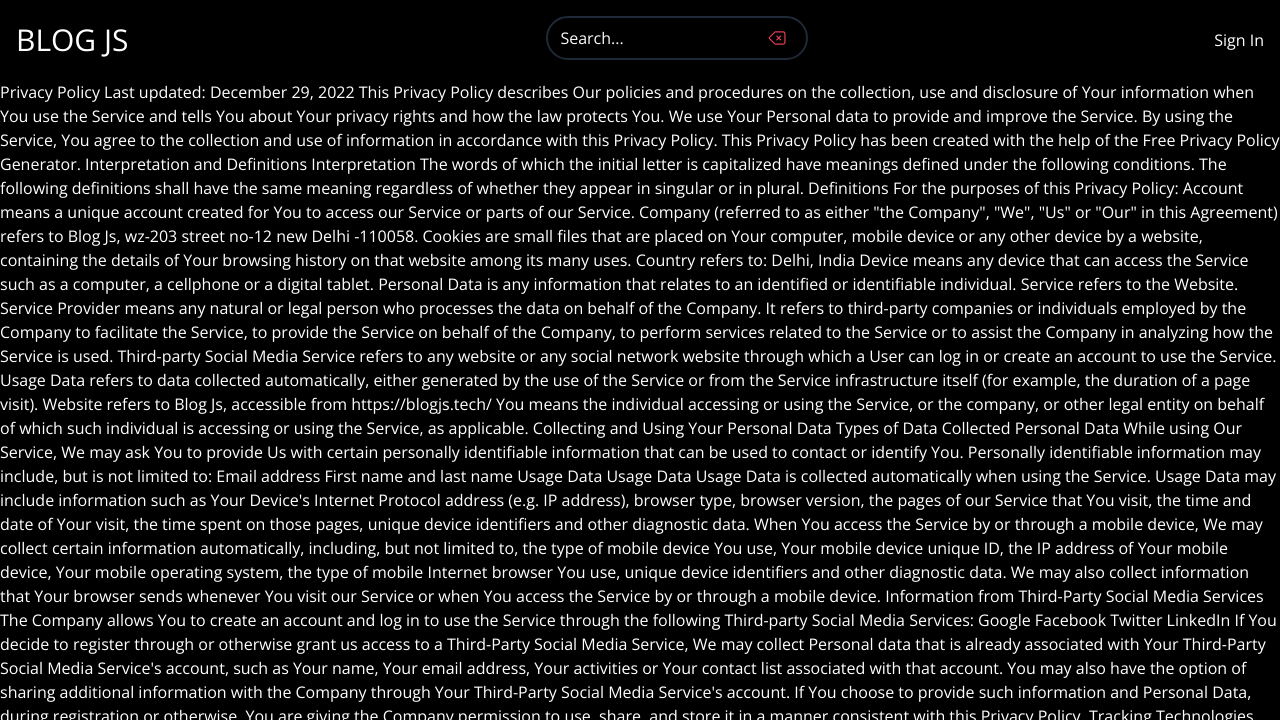
Repository: SehajBindra/Blog-Js
Page: /privacy
These files come from the project's save history. The page is drawn as it stood at one moment and after the next save; the edit follows.
The browser window is 1280 px wide. The pictures show the whole page.
The page's requests for data from a server got no answer. An inner scrolling area shows only its first screen. The project was rebuilt for these pictures with package versions that can differ from the ones it lists, and the page was loaded fresh each time. The framework's server and built-in components were replaced by stand-ins that run in the browser. No one was signed in, and anything a server would have sent is missing. Also part of the build but not shown: next.config.js, components/SearchResults.js. Imported but missing from the stored project, and not drawn on this page: src/createEmotionCache, src/theme.

Above is the page before, as saved 2022-12-30 01:00:03.

### pages/_app.js
import "../styles/globals.css";

import { Analytics } from "@vercel/analytics/react";
import { persistor, store } from "../redux/app/store";
import { Provider } from "react-redux";
import { PersistGate } from "redux-persist/lib/integration/react";
import { RecoilRoot } from "recoil";
import { SessionProvider } from "next-auth/react";
import ProgressBar from "@badrap/bar-of-progress";
import Router from "next/router";

import { AnimatePresence, motion } from "framer-motion";
const progress = new ProgressBar({
  size: 4,
  color: "#E23E57",
  // color: "#E23E57" ,"#4D80E4",
  className: "z-50",
  delay: 100,
});

Router.events.on("routeChangeStart", progress.start);
Router.events.on("routeChangeComplete", progress.finish);
Router.events.on("routeChangeError", progress.finish);

function MyApp({ Component, pageProps: { session, ...pageProps }, router }) {
  return (
    <SessionProvider session={session}>
      <Provider store={store}>
        <PersistGate loading={null} persistor={persistor}>
          <RecoilRoot>
            <AnimatePresence mode="wait">
              <motion.div
                key={router.route}
                initial="initialState"
                animate="animateState"
                exit="exitState"
                transition={{
                  duration: 0.8,
                  delay: 0.4,
                }}
                variants={{
                  initialState: {
                    opacity: 0.8,

                    // clipPath: "polygon(0 0, 100% 0, 100% 100%, 0% 100%)",
                  },
                  animateState: {
                    opacity: 1,

                    // clipPath: "polygon(0 0, 100% 0, 100% 100%, 0% 100%)",
                  },

                  exitState: {
                    // clipPath: "polygon(100% 0, 100% 0, 100% 100%, 100% 100%)",
                  },
                }}
              >
                <Component {...pageProps} />
              </motion.div>
            </AnimatePresence>
          </RecoilRoot>
        </PersistGate>
      </Provider>
      <Analytics />
    </SessionProvider>
  );
}

export default MyApp;

### pages/privacy.js
import React from "react";
import Header from "../components/Header";

function PrivacyPolicy() {
  return (
    <div className="bg-black overflow-y-scroll  max-h-screen text-white">
      <Header />

      <div>
        Privacy Policy Last updated: December 29, 2022 This Privacy Policy
        describes Our policies and procedures on the collection, use and
        disclosure of Your information when You use the Service and tells You
        about Your privacy rights and how the law protects You. We use Your
        Personal data to provide and improve the Service. By using the Service,
        You agree to the collection and use of information in accordance with
        this Privacy Policy. This Privacy Policy has been created with the help
        of the Free Privacy Policy Generator. Interpretation and Definitions
        Interpretation The words of which the initial letter is capitalized have
        meanings defined under the following conditions. The following
        definitions shall have the same meaning regardless of whether they
        appear in singular or in plural. Definitions For the purposes of this
        Privacy Policy: Account means a unique account created for You to access
        our Service or parts of our Service. Company (referred to as either "the
        Company", "We", "Us" or "Our" in this Agreement) refers to Blog Js,
        wz-203 street no-12 new Delhi -110058. Cookies are small files that are
        placed on Your computer, mobile device or any other device by a website,
        containing the details of Your browsing history on that website among
        its many uses. Country refers to: Delhi, India Device means any device
        that can access the Service such as a computer, a cellphone or a digital
        tablet. Personal Data is any information that relates to an identified
        or identifiable individual. Service refers to the Website. Service
        Provider means any natural or legal person who processes the data on
        behalf of the Company. It refers to third-party companies or individuals
        employed by the Company to facilitate the Service, to provide the
        Service on behalf of the Company, to perform services related to the
        Service or to assist the Company in analyzing how the Service is used.
        Third-party Social Media Service refers to any website or any social
        network website through which a User can log in or create an account to
        use the Service. Usage Data refers to data collected automatically,
        either generated by the use of the Service or from the Service
        infrastructure itself (for example, the duration of a page visit).
        Website refers to Blog Js, accessible from https://blogjs.tech/ You
        means the individual accessing or using the Service, or the company, or
        other legal entity on behalf of which such individual is accessing or
        using the Service, as applicable. Collecting and Using Your Personal
        Data Types of Data Collected Personal Data While using Our Service, We
        may ask You to provide Us with certain personally identifiable
        information that can be used to contact or identify You. Personally
        identifiable information may include, but is not limited to: Email
        address First name and last name Usage Data Usage Data Usage Data is
        collected automatically when using the Service. Usage Data may include
        information such as Your Device's Internet Protocol address (e.g. IP
        address), browser type, browser version, the pages of our Service that
        You visit, the time and date of Your visit, the time spent on those
        pages, unique device identifiers and other diagnostic data. When You
        access the Service by or through a mobile device, We may collect certain
        information automatically, including, but not limited to, the type of
        mobile device You use, Your mobile device unique ID, the IP address of
        Your mobile device, Your mobile operating system, the type of mobile
        Internet browser You use, unique device identifiers and other diagnostic
        data. We may also collect information that Your browser sends whenever
        You visit our Service or when You access the Service by or through a
        mobile device. Information from Third-Party Social Media Services The
        Company allows You to create an account and log in to use the Service
        through the following Third-party Social Media Services: Google Facebook
        Twitter LinkedIn If You decide to register through or otherwise grant us
        access to a Third-Party Social Media Service, We may collect Personal
        data that is already associated with Your Third-Party Social Media
        Service's account, such as Your name, Your email address, Your
        activities or Your contact list associated with that account. You may
        also have the option of sharing additional information with the Company
        through Your Third-Party Social Media Service's account. If You choose
        to provide such information and Personal Data, during registration or
        otherwise, You are giving the Company permission to use, share, and
        store it in a manner consistent with this Privacy Policy. Tracking
        Technologies and Cookies We use Cookies and similar tracking
        technologies to track the activity on Our Service and store certain
        information. Tracking technologies used are beacons, tags, and scripts
        to collect and track information and to improve and analyze Our Service.
        The technologies We use may include: Cookies or Browser Cookies. A
        cookie is a small file placed on Your Device. You can instruct Your
        browser to refuse all Cookies or to indicate when a Cookie is being
        sent. However, if You do not accept Cookies, You may not be able to use
        some parts of our Service. Unless you have adjusted Your browser setting
        so that it will refuse Cookies, our Service may use Cookies. Web
        Beacons. Certain sections of our Service and our emails may contain
        small electronic files known as web beacons (also referred to as clear
        gifs, pixel tags, and single-pixel gifs) that permit the Company, for
        example, to count users who have visited those pages or opened an email
        and for other related website statistics (for example, recording the
        popularity of a certain section and verifying system and server
        integrity). Cookies can be "Persistent" or "Session" Cookies. Persistent
        Cookies remain on Your personal computer or mobile device when You go
        offline, while Session Cookies are deleted as soon as You close Your web
        browser. Learn more about cookies on the Free Privacy Policy website
        article. We use both Session and Persistent Cookies for the purposes set
        out below: Necessary / Essential Cookies Type: Session Cookies
        Administered by: Us Purpose: These Cookies are essential to provide You
        with services available through the Website and to enable You to use
        some of its features. They help to authenticate users and prevent
        fraudulent use of user accounts. Without these Cookies, the services
        that You have asked for cannot be provided, and We only use these
        Cookies to provide You with those services. Cookies Policy / Notice
        Acceptance Cookies Type: Persistent Cookies Administered by: Us Purpose:
        These Cookies identify if users have accepted the use of cookies on the
        Website. Functionality Cookies Type: Persistent Cookies Administered by:
        Us Purpose: These Cookies allow us to remember choices You make when You
        use the Website, such as remembering your login details or language
        preference. The purpose of these Cookies is to provide You with a more
        personal experience and to avoid You having to re-enter your preferences
        every time You use the Website. For more information about the cookies
        we use and your choices regarding cookies, please visit our Cookies
        Policy or the Cookies section of our Privacy Policy. Use of Your
        Personal Data The Company may use Personal Data for the following
        purposes: To provide and maintain our Service, including to monitor the
        usage of our Service. To manage Your Account: to manage Your
        registration as a user of the Service. The Personal Data You provide can
        give You access to different functionalities of the Service that are
        available to You as a registered user. For the performance of a
        contract: the development, compliance and undertaking of the purchase
        contract for the products, items or services You have purchased or of
        any other contract with Us through the Service. To contact You: To
        contact You by email, telephone calls, SMS, or other equivalent forms of
        electronic communication, such as a mobile application's push
        notifications regarding updates or informative communications related to
        the functionalities, products or contracted services, including the
        security updates, when necessary or reasonable for their implementation.
        To provide You with news, special offers and general information about
        other goods, services and events which we offer that are similar to
        those that you have already purchased or enquired about unless You have
        opted not to receive such information. To manage Your requests: To
        attend and manage Your requests to Us. For business transfers: We may
        use Your information to evaluate or conduct a merger, divestiture,
        restructuring, reorganization, dissolution, or other sale or transfer of
        some or all of Our assets, whether as a going concern or as part of
        bankruptcy, liquidation, or similar proceeding, in which Personal Data
        held by Us about our Service users is among the assets transferred. For
        other purposes: We may use Your information for other purposes, such as
        data analysis, identifying usage trends, determining the effectiveness
        of our promotional campaigns and to evaluate and improve our Service,
        products, services, marketing and your experience. We may share Your
        personal information in the following situations: With Service
        Providers: We may share Your personal information with Service Providers
        to monitor and analyze the use of our Service, to contact You. For
        business transfers: We may share or transfer Your personal information
        in connection with, or during negotiations of, any merger, sale of
        Company assets, financing, or acquisition of all or a portion of Our
        business to another company. With Affiliates: We may share Your
        information with Our affiliates, in which case we will require those
        affiliates to honor this Privacy Policy. Affiliates include Our parent
        company and any other subsidiaries, joint venture partners or other
        companies that We control or that are under common control with Us. With
        business partners: We may share Your information with Our business
        partners to offer You certain products, services or promotions. With
        other users: when You share personal information or otherwise interact
        in the public areas with other users, such information may be viewed by
        all users and may be publicly distributed outside. If You interact with
        other users or register through a Third-Party Social Media Service, Your
        contacts on the Third-Party Social Media Service may see Your name,
        profile, pictures and description of Your activity. Similarly, other
        users will be able to view descriptions of Your activity, communicate
        with You and view Your profile. With Your consent: We may disclose Your
        personal information for any other purpose with Your consent. Retention
        of Your Personal Data The Company will retain Your Personal Data only
        for as long as is necessary for the purposes set out in this Privacy
        Policy. We will retain and use Your Personal Data to the extent
        necessary to comply with our legal obligations (for example, if we are
        required to retain your data to comply with applicable laws), resolve
        disputes, and enforce our legal agreements and policies. The Company
        will also retain Usage Data for internal analysis purposes. Usage Data
        is generally retained for a shorter period of time, except when this
        data is used to strengthen the security or to improve the functionality
        of Our Service, or We are legally obligated to retain this data for
        longer time periods. Transfer of Your Personal Data Your information,
        including Personal Data, is processed at the Company's operating offices
        and in any other places where the parties involved in the processing are
        located. It means that this information may be transferred to — and
        maintained on — computers located outside of Your state, province,
        country or other governmental jurisdiction where the data protection
        laws may differ than those from Your jurisdiction. Your consent to this
        Privacy Policy followed by Your submission of such information
        represents Your agreement to that transfer. The Company will take all
        steps reasonably necessary to ensure that Your data is treated securely
        and in accordance with this Privacy Policy and no transfer of Your
        Personal Data will take place to an organization or a country unless
        there are adequate controls in place including the security of Your data
        and other personal information. Delete Your Personal Data You have the
        right to delete or request that We assist in deleting the Personal Data
        that We have collected about You. Our Service may give You the ability
        to delete certain information about You from within the Service. You may
        update, amend, or delete Your information at any time by signing in to
        Your Account, if you have one, and visiting the account settings section
        that allows you to manage Your personal information. You may also
        contact Us to request access to, correct, or delete any personal
        information that You have provided to Us. Please note, however, that We
        may need to retain certain information when we have a legal obligation
        or lawful basis to do so. Disclosure of Your Personal Data Business
        Transactions If the Company is involved in a merger, acquisition or
        asset sale, Your Personal Data may be transferred. We will provide
        notice before Your Personal Data is transferred and becomes subject to a
        different Privacy Policy. Law enforcement Under certain circumstances,
        the Company may be required to disclose Your Personal Data if required
        to do so by law or in response to valid requests by public authorities
        (e.g. a court or a government agency). Other legal requirements The
        Company may disclose Your Personal Data in the good faith belief that
        such action is necessary to: Comply with a legal obligation Protect and
        defend the rights or property of the Company Prevent or investigate
        possible wrongdoing in connection with the Service Protect the personal
        safety of Users of the Service or the public Protect against legal
        liability Security of Your Personal Data The security of Your Personal
        Data is important to Us, but remember that no method of transmission
        over the Internet, or method of electronic storage is 100% secure. While
        We strive to use commercially acceptable means to protect Your Personal
        Data, We cannot guarantee its absolute security. Children's Privacy Our
        Service does not address anyone under the age of 13. We do not knowingly
        collect personally identifiable information from anyone under the age of
        13. If You are a parent or guardian and You are aware that Your child
        has provided Us with Personal Data, please contact Us. If We become
        aware that We have collected Personal Data from anyone under the age of
        13 without verification of parental consent, We take steps to remove
        that information from Our servers. If We need to rely on consent as a
        legal basis for processing Your information and Your country requires
        consent from a parent, We may require Your parent's consent before We
        collect and use that information. Links to Other Websites Our Service
        may contain links to other websites that are not operated by Us. If You
        click on a third party link, You will be directed to that third party's
        site. We strongly advise You to review the Privacy Policy of every site
        You visit. We have no control over and assume no responsibility for the
        content, privacy policies or practices of any third party sites or
        services. Changes to this Privacy Policy We may update Our Privacy
        Policy from time to time. We will notify You of any changes by posting
        the new Privacy Policy on this page. We will let You know via email
        and/or a prominent notice on Our Service, prior to the change becoming
        effective and update the "Last updated" date at the top of this Privacy
        Policy. You are advised to review this Privacy Policy periodically for
        any changes. Changes to this Privacy Policy are effective when they are
        posted on this page. Contact Us If you have any questions about this
        Privacy Policy, You can contact us: By email: blogjs.tech@gmail.com
      </div>
    </div>
  );
}

export default PrivacyPolicy;

### styles/globals.css
/* @import url('https://fonts.googleapis.com/css2?family=Source+Code+Pro&family=Source+Sans+Pro:wght@200&display=swap'); */

@import url('https://fonts.googleapis.com/css2?family=Open+Sans:wght@300&display=swap');


*{
    font-family: 'Open Sans', sans-serif;
     scroll-behavior: smooth;
    -webkit-tap-highlight-color: transparent;

}


@layer components {
    .navBtn {
      @apply h-5 w-5  text-[#E23E57] animate-bounce;
    }

    .loadMore{
      @apply text-white flex items-center justify-center text-center text-base sm:text-xl ;
    }

    .arrow {
        @apply text-[#E23E57] h-4 cursor-pointer animate-bounce;
    }

    .activeIcon {
        @apply  text-[#E23E57] transition-all duration-150 ease-in h-4 w-4 cursor-pointer;
    }

    .notActiveIcon{
        @apply text-gray-400 h-4 w-4 cursor-pointer;
    }

    .activeBtn{
        @apply flex items-center space-x-2 text-[#E23E57] transition-all duration-150 ease-in  py-2 px-4 cursor-pointer;
    }

    .notActiveBtn {
        @apply  text-white px-4 py-1   cursor-pointer;
    }

    .image {
        @apply rounded-md hover:opacity-80  pointer-events-none  transition duration-200 ease-out  cursor-pointer  object-cover  flex-shrink-0;
    }

    .input {
        @apply bg-black  py-2 px-4 border-b border-gray-600 my-2 focus:ring-0 focus-within:outline-none w-full text-center;
    }

    .productSection {
        @apply flex flex-col overflow-x-hidden  mx-auto items-center  justify-center pr-10   align-middle ;
    }
  }

@tailwind base;
@tailwind components;
@tailwind utilities;

### redux/app/store.js
import { configureStore, combineReducers } from "@reduxjs/toolkit";
import basketReducer from "../app/slices/SavedSlice";
import {
  persistStore,
  persistReducer,
  FLUSH,
  REHYDRATE,
  PAUSE,
  PERSIST,
  PURGE,
  REGISTER,
} from "redux-persist";
import storage from "redux-persist/lib/storage";
// import { PersistGate } from "redux-persist/integration/react";

const persistConfig = {
  key: "root",
  version: 1,
  storage,
};

const rootReducers = combineReducers({ basket: basketReducer });

const persistedReducer = persistReducer(persistConfig, rootReducers);

export const store = configureStore({
  reducer: persistedReducer,
  middleware: (getDefaultMiddleware) =>
    getDefaultMiddleware({
      serializableCheck: {
        ignoredActions: [FLUSH, REHYDRATE, PAUSE, PERSIST, PURGE, REGISTER],
      },
    }),
});

export const persistor = persistStore(store);

### tailwind.config.js
/** @type {import('tailwindcss').Config} */
module.exports = {
  content: [
    "./pages/**/*.{js,ts,jsx,tsx}",
    "./components/**/*.{js,ts,jsx,tsx}",
  ],
  theme: {
    extend: {},
  },
  plugins: [
    require("@tailwindcss/line-clamp"),
    require("tailwind-scrollbar-hide"),
    require("tailwind-scrollbar")({ nocompatible: true }),
  ],
};

Loaded but not shown: atoms/modalAtom.js (common file); components/Header.js (163 lines, source omitted); pages/_document.js (84 lines, source omitted); redux/app/slices/SavedSlice.js (41 lines, source omitted)

After the next save:
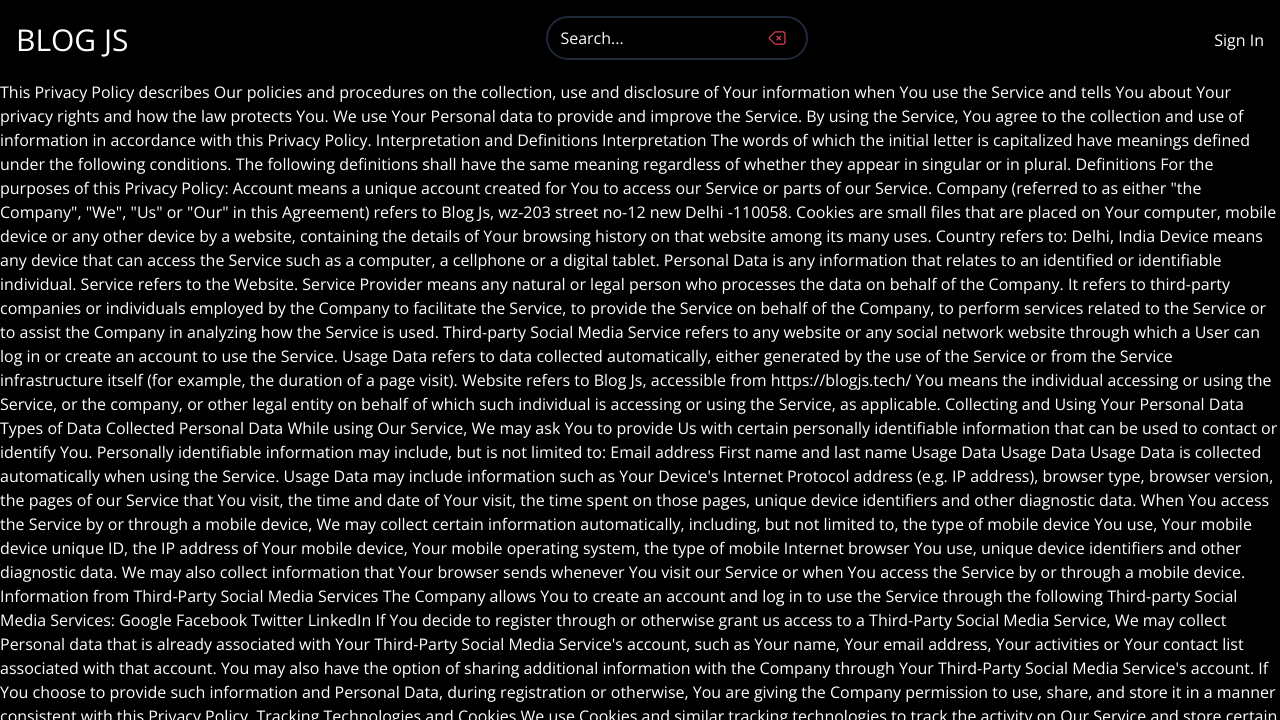
Saved 2 min 26 s later.
--- a/pages/privacy.js
+++ b/pages/privacy.js
@@ -7,14 +7,12 @@ function PrivacyPolicy() {
       <Header />
 
       <div>
-        Privacy Policy Last updated: December 29, 2022 This Privacy Policy
-        describes Our policies and procedures on the collection, use and
-        disclosure of Your information when You use the Service and tells You
-        about Your privacy rights and how the law protects You. We use Your
-        Personal data to provide and improve the Service. By using the Service,
-        You agree to the collection and use of information in accordance with
-        this Privacy Policy. This Privacy Policy has been created with the help
-        of the Free Privacy Policy Generator. Interpretation and Definitions
+        This Privacy Policy describes Our policies and procedures on the
+        collection, use and disclosure of Your information when You use the
+        Service and tells You about Your privacy rights and how the law protects
+        You. We use Your Personal data to provide and improve the Service. By
+        using the Service, You agree to the collection and use of information in
+        accordance with this Privacy Policy. Interpretation and Definitions
         Interpretation The words of which the initial letter is capitalized have
         meanings defined under the following conditions. The following
         definitions shall have the same meaning regardless of whether they
